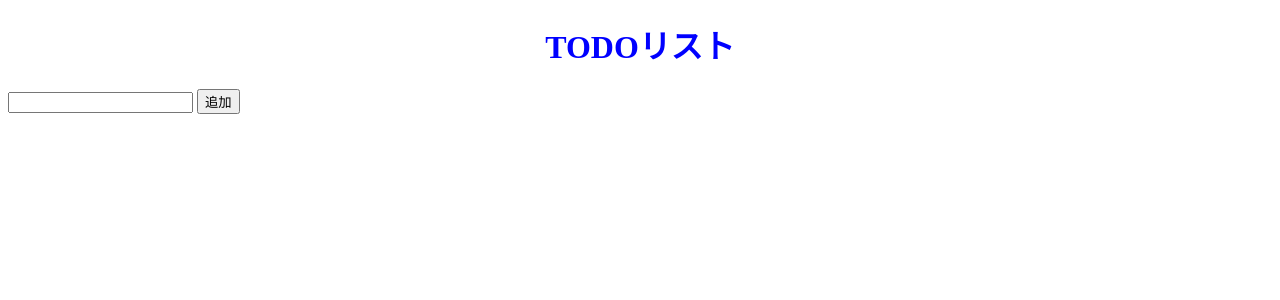
Repository: kntb2565/todolist
Page: src/index.html
The author's editor kept a copy of each file at every save. The page is drawn from the files as they stood at one save, then again after the next save.
The browser window is 1280 px wide. The pictures show the whole page.

Above is the page before, as saved 2018-10-21 14:03:39.

### src/index.html
<!DOCTYPE html>
<html lang="ja">
<head>
  <meta charset="utf-8">
  <title>todolist</title>
  <link rel="stylesheet" href="css/styles.css" type="text/css">

</head>
<div class="todo">
    <h1>TODOリスト</h1>
    <input type="text" />
    <input type="button" value="追加" />
</div>
</html>

### src/css/styles.css
h1{
 color: blue;
 text-align: center;
}

 .todo{
   width: 180px
   background-image: url(img/utyu3.jpg);
 }

After the next save:
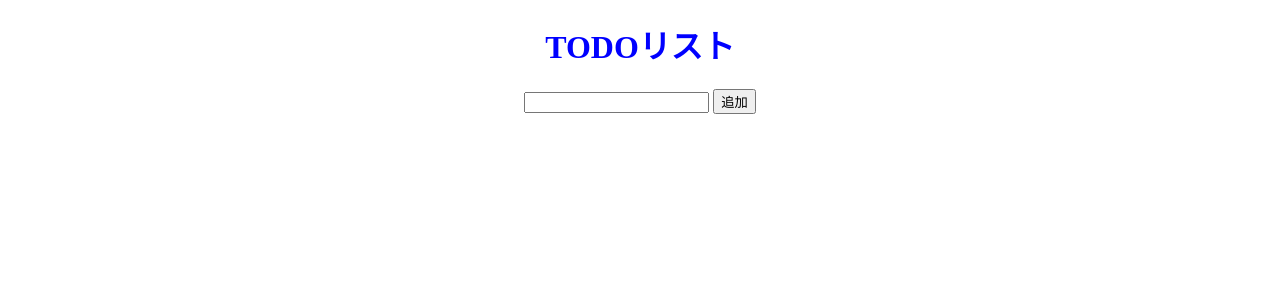
Saved 38 s later.
--- a/src/css/styles.css
+++ b/src/css/styles.css
@@ -1,4 +1,4 @@
-h1{
+.todo{
  color: blue;
  text-align: center;
 }
